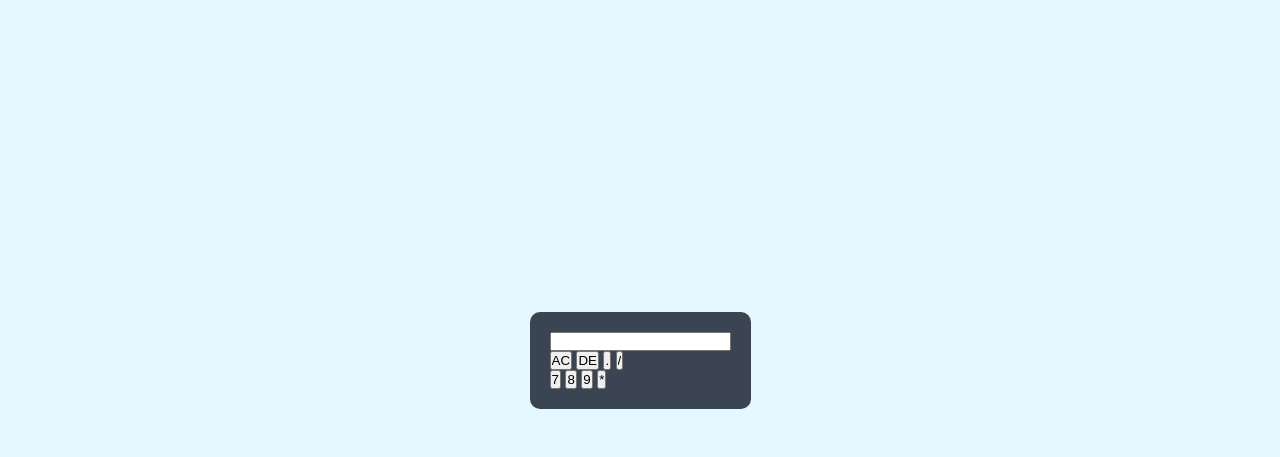
Repository: YAAMAR/calculator
Page: index.html
These files come from the project's save history. The page is drawn as it stood at one moment and after a run of saves; the edit follows.
The browser window is 1280 px wide. The pictures show the whole page.

Above is the page before, as saved 2024-05-02 21:27:08.

After the next 2 saves:
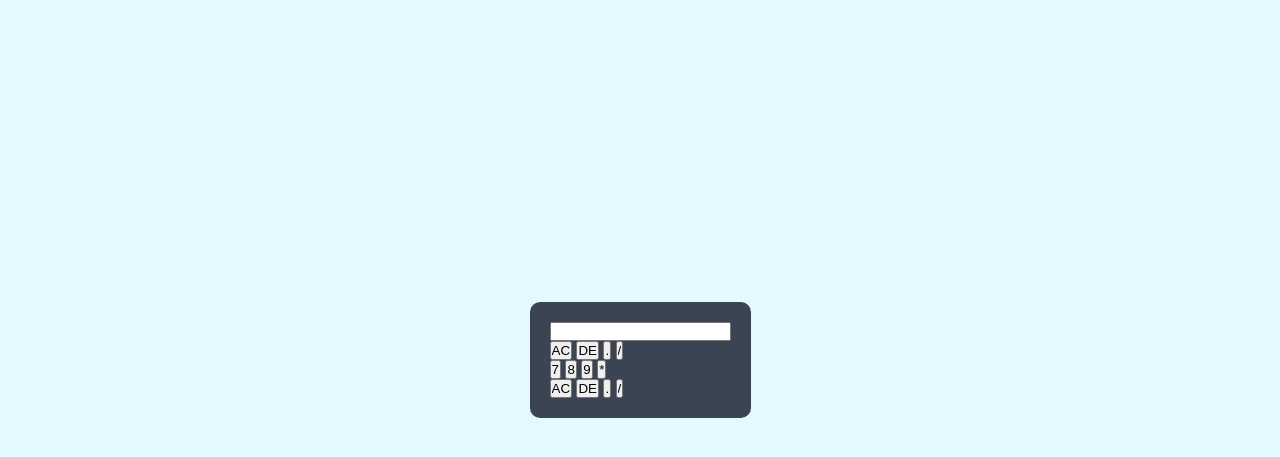
The 2 saves are shown as one change because they came seconds apart.
The last was saved 11 s later.
--- a/index.html
+++ b/index.html
@@ -25,6 +25,10 @@
                         <input type="button" value="9">
                         <input type="button" value="*">
                     </div>
+                    <div>   <input type="button" value="AC">
+                        <input type="button" value="DE">
+                        <input type="button" value=".">
+                        <input type="button" value="/"></div>
                 </div>
             </form>
         </div>
